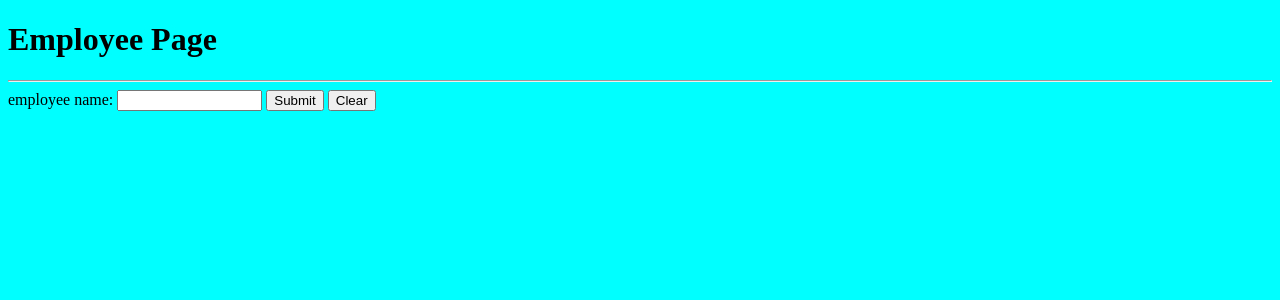
Repository: laikrish/day10
Page: EmployeeDetails/WebContent/employee.html
An editor plug-in stored every save of this project. The page is shown before and after the next save, followed by the edit.
The browser window is 1280 px wide. The pictures show the whole page.

Above is the page before, as saved 2018-09-06 07:50:48.

### EmployeeDetails/WebContent/employee.html
<!DOCTYPE html>
<html>
<head>
<meta charset="ISO-8859-1">
<title>home page</title>
</head>
<body bgcolor="cyan">
<h1> Employee Page</h1>
<hr>
<form action="employeeDetails" method="post">
<label> employee name: </label>
<input type ="text" name="employeeNumber" size="15"/>

<input type="submit"/>
<input type="reset" value="Clear"/>

</form>
</body>
</html>

After the next save:
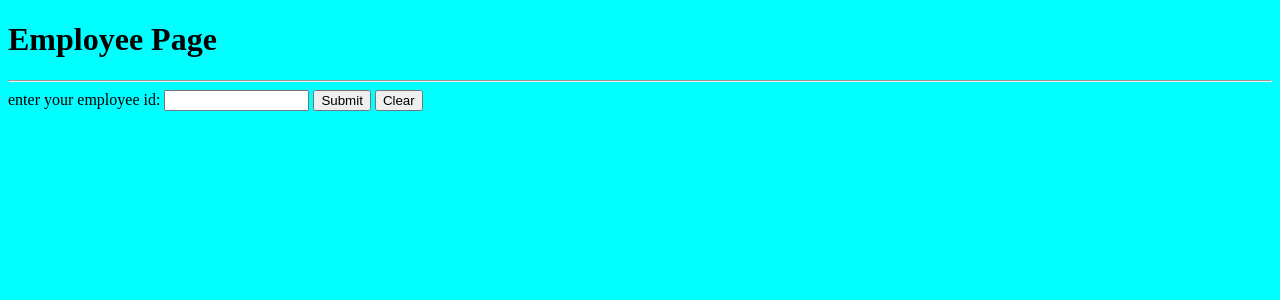
Saved 8 min 17 s later.
--- a/EmployeeDetails/WebContent/employee.html
+++ b/EmployeeDetails/WebContent/employee.html
@@ -8,7 +8,7 @@
 <h1> Employee Page</h1>
 <hr>
 <form action="employeeDetails" method="post">
-<label> employee name: </label>
+<label> enter your employee id: </label>
 <input type ="text" name="employeeNumber" size="15"/>
 
 <input type="submit"/>
